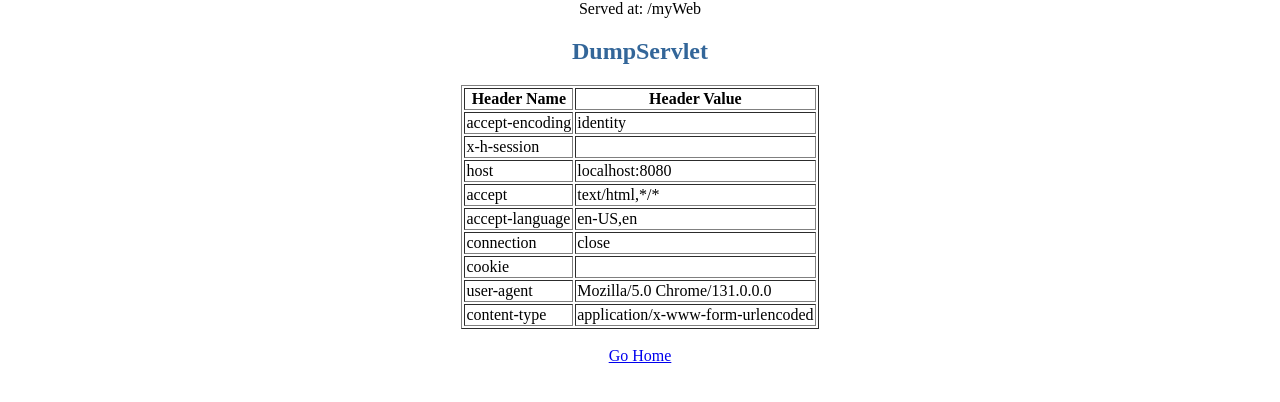
Repository: zoooolander/systex_prac_javaee
Page: http://localhost/myWeb/admin/dump.view
The author's editor kept a copy of each file at every save. The page is drawn from the files as they stood at one save, then again after the next save.
The browser window is 1280 px wide. The pictures show the whole page.
The page is served by Tomcat 10. Other server files are loaded and not shown.

Above is the page before, as saved 2024-09-19 03:00:34.

### myWeb/src/main/java/com/systex/view/DumpServlet.java
package com.systex.view;

import jakarta.servlet.ServletException;
import jakarta.servlet.annotation.WebServlet;
import jakarta.servlet.http.HttpServlet;
import jakarta.servlet.http.HttpServletRequest;
import jakarta.servlet.http.HttpServletResponse;
import java.io.IOException;
import java.io.PrintWriter;
import java.text.SimpleDateFormat;
import java.util.Date;
import java.util.Enumeration;

/**
 * Servlet implementation class DumpServlet
 */
public class DumpServlet extends HttpServlet {
	private static final long serialVersionUID = 1L;

	/**
	 * @see HttpServlet#HttpServlet()
	 */
	public DumpServlet() {
		super();
		// TODO Auto-generated constructor stub
	}

	/**
	 * @see HttpServlet#doGet(HttpServletRequest request, HttpServletResponse
	 *      response)
	 */
	protected void doGet(HttpServletRequest request, HttpServletResponse response)
			throws ServletException, IOException {
		// TODO Auto-generated method stub
		response.getWriter().append("Served at: ").append(request.getContextPath());
		response.setContentType("text/html");
		response.setCharacterEncoding("UTF-8");
		PrintWriter out = response.getWriter();
		String croot = request.getContextPath();
		out.println("<html>");
		out.println("<head>");
		out.println("<title>DumpServlet</title>");
		out.println("<link href=\"" + croot + "/style/myStyle.css\" rel=\"stylesheet\"></link>");
		out.println("</head>");
		out.println("<body>");
		out.println("<h2>DumpServlet</h2>");
		Enumeration<String> headerNames = request.getHeaderNames();
		out.println("<table border='1' style='margin:auto'>");
		out.println("<thread><tr><th>Header Name</th><th>Header Value</th></tr></thread>");
		out.println("<tbody>");
		while (headerNames.hasMoreElements()) {
			String headerName = headerNames.nextElement();
			String headerValue = request.getHeader(headerName);
			out.println("<tr><td>" + headerName + "</td><td>" + headerValue + "</td></tr>");
		}
//		for (int i = 1; i <= 9; i++) {
//			out.println("<tr>");
//			for (int j = 1; j <= 9; j++) {
//				out.println("<td>" + i + "*" + j + "=</td><td>" + i * j + "</td>");
//			}
//			out.println("</tr>");
//		}
		out.println("</tbody>");
		out.println("</table>");

		out.println("<br><a href='" + croot + "/'>Go Home</br>");
		out.println("</body>");
		out.println("</html>");
		out.close();
	}

	/**
	 * @see HttpServlet#doPost(HttpServletRequest request, HttpServletResponse
	 *      response)
	 */
	protected void doPost(HttpServletRequest request, HttpServletResponse response)
			throws ServletException, IOException {
		// TODO Auto-generated method stub
		doGet(request, response);
	}

}

### myWeb/src/main/webapp/style/myStyle.css
@charset "UTF-8";

body {
	text-align: center;
	margin: auto;
}

h1,h2 {
	color: #369;
}

After the next save:
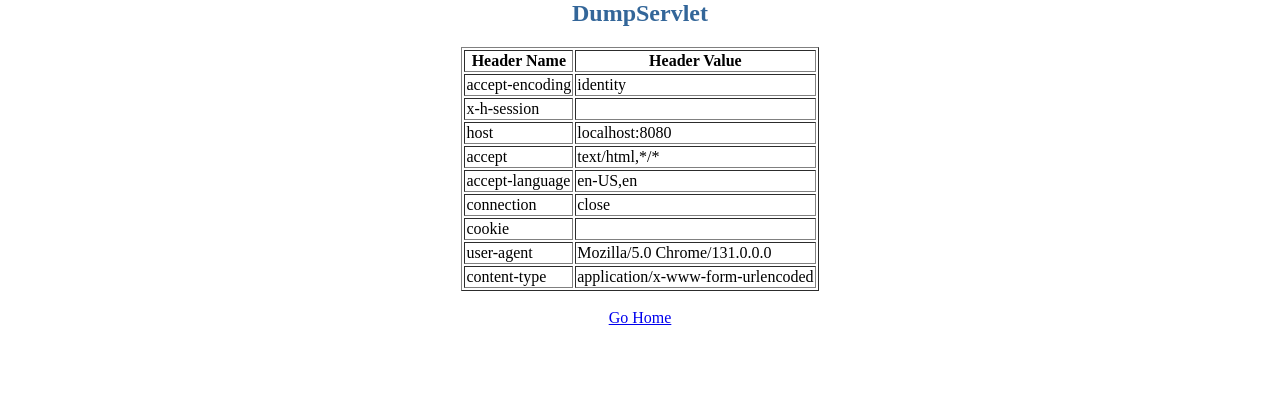
Saved 71 s later.
--- a/myWeb/src/main/java/com/systex/view/DumpServlet.java
+++ b/myWeb/src/main/java/com/systex/view/DumpServlet.java
@@ -32,7 +32,7 @@ public class DumpServlet extends HttpServlet {
 	protected void doGet(HttpServletRequest request, HttpServletResponse response)
 			throws ServletException, IOException {
 		// TODO Auto-generated method stub
-		response.getWriter().append("Served at: ").append(request.getContextPath());
+		request.setCharacterEncoding("UTF-8");
 		response.setContentType("text/html");
 		response.setCharacterEncoding("UTF-8");
 		PrintWriter out = response.getWriter();
